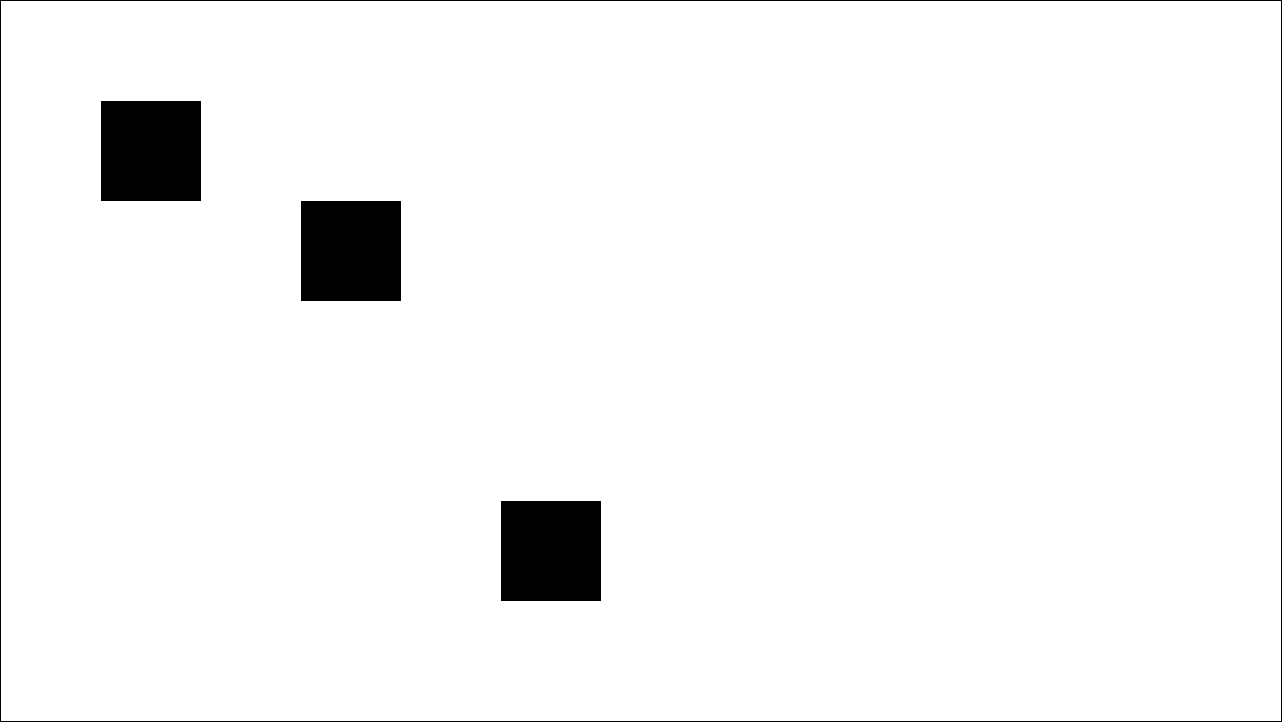
Repository: badhon252/Javascript-practice
Page: 1projects/JavaScript30/08 - Fun with HTML5 Canvas/index-START.html
These files come from the project's save history. The page is drawn as it stood at one moment and after the next save; the edit follows.
The browser window is 1280 px wide. The page is 1282 px wide, so the pictures cover 1282 px, including what lies to the right of the window. The pictures show the whole page.

Above is the page before, as saved 2022-12-02 23:30:45.

### 1projects/JavaScript30/08 - Fun with HTML5 Canvas/index-START.html
<!DOCTYPE html>
<html lang="en">

<head>
    <meta charset="UTF-8">
    <title>HTML5 Canvas</title>
</head>

<body>
    <canvas id="draw" width="800" height="800"></canvas>
    <script>
    </script>

    <style>
        html,
        body {
            margin: 0;
            padding: 0;
        }

        #draw {
            border: 1px solid black;
        }
    </style>

    <script>
        console.log("first")
        const canvas = document.querySelector("#draw");
        const ctx = canvas.getContext("2d")

        canvas.width = window.innerWidth;
        canvas.height = window.innerHeight;

        // ctx.fillRect(x, y, width, height)
        ctx.fillRect(100, 100, 100, 100);
        ctx.fillRect(300, 200, 100, 100);
        ctx.fillRect(500, 500, 100, 100);
    </script>
</body>

</html>

After the next save:
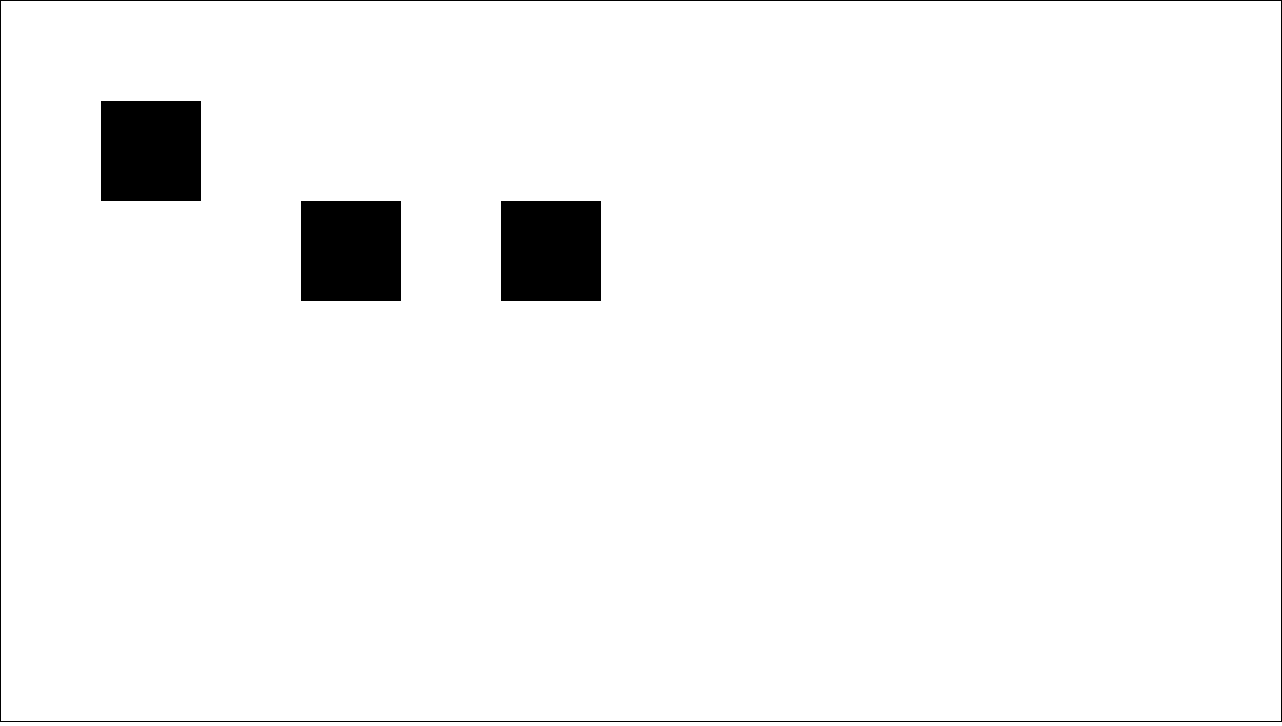
Saved 7 s later.
--- a/1projects/JavaScript30/08 - Fun with HTML5 Canvas/index-START.html
+++ b/1projects/JavaScript30/08 - Fun with HTML5 Canvas/index-START.html
@@ -34,7 +34,7 @@
         // ctx.fillRect(x, y, width, height)
         ctx.fillRect(100, 100, 100, 100);
         ctx.fillRect(300, 200, 100, 100);
-        ctx.fillRect(500, 500, 100, 100);
+        ctx.fillRect(500, 200, 100, 100);
     </script>
 </body>
 
